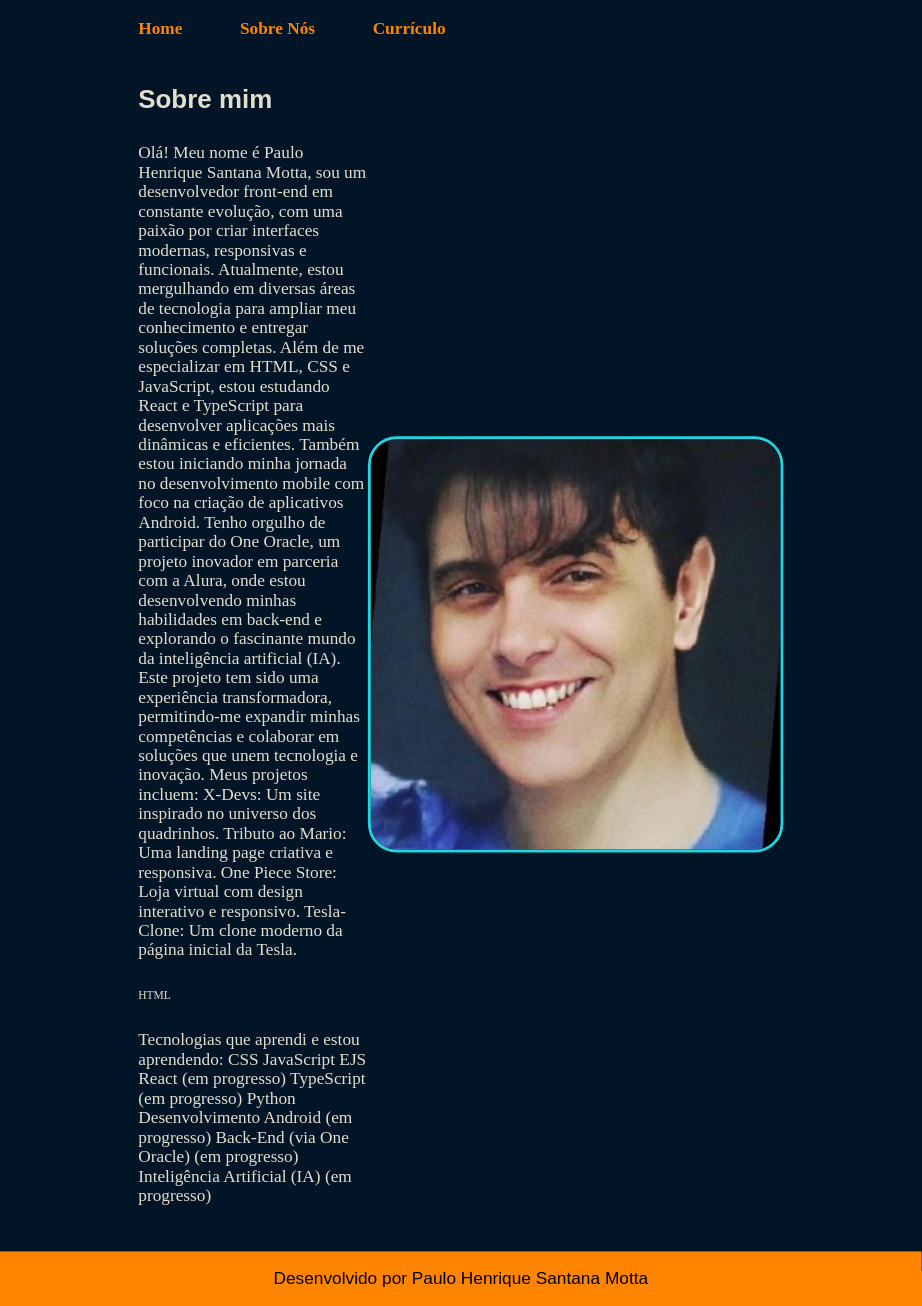
Repository: phsmottanerd/projeto-portfolio-alura
Page: about.html
The author's editor kept a copy of each file at every save. The page is drawn from the files as they stood at one save, then again after the next save.
The browser window is 1280 px wide. The pictures show the whole page, at 72% of full size.
Some web fonts or font styles are not loaded; a fallback is used.

Above is the page before, as saved 2025-01-30 01:19:28.

### about.html
<!DOCTYPE html>
<html lang="pt-BR">
<head>
    <meta charset="UTF-8">
    <meta name="viewport" content="width=device-width, initial-scale=1.0">
   <link rel="stylesheet" href="./estilos/style.css">
    <title>Sobre mim</title>
</head>
<body>
<header class="cabecalho">
    <nav class="cabecalho__menu">
        <a class="cabecalho__menu__link" href="index.html">Home</a>
        <a class="cabecalho__menu__link" href="about.html">Sobre Nós</a>
        <a class="cabecalho__menu__link">Currículo</a>
      </nav>
</header>
<main class="apresentacao">
<section class="apresentacao__conteudo">

    <h1 class="apresentacao__conteudo__titulo">Sobre mim</h1>
<p class="apresentacao__conteudo__texto">Olá! Meu nome é Paulo Henrique Santana Motta, sou um desenvolvedor front-end em constante evolução, com uma paixão por criar interfaces modernas, responsivas e funcionais.

    Atualmente, estou mergulhando em diversas áreas de tecnologia para ampliar meu conhecimento e entregar soluções completas. Além de me especializar em HTML, CSS e JavaScript, estou estudando React e TypeScript para desenvolver aplicações mais dinâmicas e eficientes. Também estou iniciando minha jornada no desenvolvimento mobile com foco na criação de aplicativos Android.

    Tenho orgulho de participar do One Oracle, um projeto inovador em parceria com a Alura, onde estou desenvolvendo minhas habilidades em back-end e explorando o fascinante mundo da inteligência artificial (IA). Este projeto tem sido uma experiência transformadora, permitindo-me expandir minhas competências e colaborar em soluções que unem tecnologia e inovação.

    Meus projetos incluem:

    X-Devs: Um site inspirado no universo dos quadrinhos.
    Tributo ao Mario: Uma landing page criativa e responsiva.
    One Piece Store: Loja virtual com design interativo e responsivo.
    Tesla-Clone: Um clone moderno da página inicial da Tesla.</p>
    HTML
    <p class="apresentacao__conteudo__texto">Tecnologias que aprendi e estou aprendendo:
    CSS
    JavaScript
    EJS
    React (em progresso)
    TypeScript (em progresso)
    Python
    Desenvolvimento Android (em progresso)
    Back-End (via One Oracle) (em progresso)
    Inteligência Artificial (IA) (em progresso)</p>
</section>

<img class="apresentacao__imagem" src="./img/1722867171561.jpg" alt="Paulo Henrique Santana Motta  programando" />
</main>
<footer class="rodape">
    <p>Desenvolvido por Paulo Henrique Santana Motta</p>


</footer>

</body>
</html>

### estilos/style.css
@import url("https://fonts.googleapis.com/css2?family=Krona+One&family=Montserrat:wght@400;600&display=swap");

:root {
  --cor-primaria: #021526;
  --cor-secundaria: #E2DFD0;
  --cor-terciaria:#FF8400;
  --cor-hover: #FF8400;

  --font-primaria: "Krona One", sans-serif;
   --font-secundaria:"Montserrat", sans-serif;


}

* {
  margin: 0;
  padding: 0;
}

body {
  box-sizing: border-box;
  background-color: var(--cor-primaria);
  color: var(--cor-secundaria);
}
.cabecalho {
  padding: 2% 0% 0% 15%;
}
.cabecalho__menu {
  display: flex;
  gap: 80px;
}

.cabecalho__menu__link {
  font-family: var(----font-secundaria);
  font-size: 1.5rem;
  font-weight: 600;
  color: var(--cor-terciaria);
  text-decoration: none;
}

.titulo-destaque {
  color: var(--cor-terciaria);
}

.apresentacao {
  padding: 5% 15%;
  display: flex;
  align-items: center;
  justify-content: space-between;
}
.apresentacao__conteudo {
  width: 50%;
  display: flex;
  flex-direction: column;
  gap: 40px;
}

.apresentacao__conteudo__titulo {
  font-size: 2.25rem;
  font-family: var(--font-primaria);
}

.apresentacao__conteudo__texto {
  font-size: 1.5rem;
  font-family: var(----font-secundaria);
}

.apresentacao__links {
  display: flex;
  flex-direction: column;
  justify-content: space-between;
  align-items: center;
  gap: 32px;
}
.apresentacao__links__subtitulo {
  font-family: "Krona One", sans-serif;
  font-weight: 400;
  font-size: 1.5rem;
}
.apresentacao__links__link {
  /* background-color: #22D4FD; */
  justify-content: center;
  gap: 16px;
  display: flex;
  border: 2px solid var(--cor-terciaria);
  width: 378px;
  text-align: center;
  border-radius: 8px;
  font-size: 1.5rem;
  font-weight: 600;
  padding: 21.5px 0;
  text-decoration: none;
  color: #f6f6f6;
  font-family: "Montserrat", sans-serif;
}
.apresentacao__links__link:hover {
  background-color: var(--cor-hover);
}
.apresentacao__imagem{

  width: 50%;
}
.rodape {
  padding: 24px;
  color: #000;
  background-color: var(--cor-terciaria);
  text-align: center;
  font-family: "Montsearrat", sans-serif;
  font-size: 1.5rem;
  font-weight: 400;
}
.apresentacao__imagem  {
  border-radius: 40px;
  border: 4px solid #22d4Df;
  width: 800px;
  heighit: 600px;
  gap:2px;
}

After the next save:
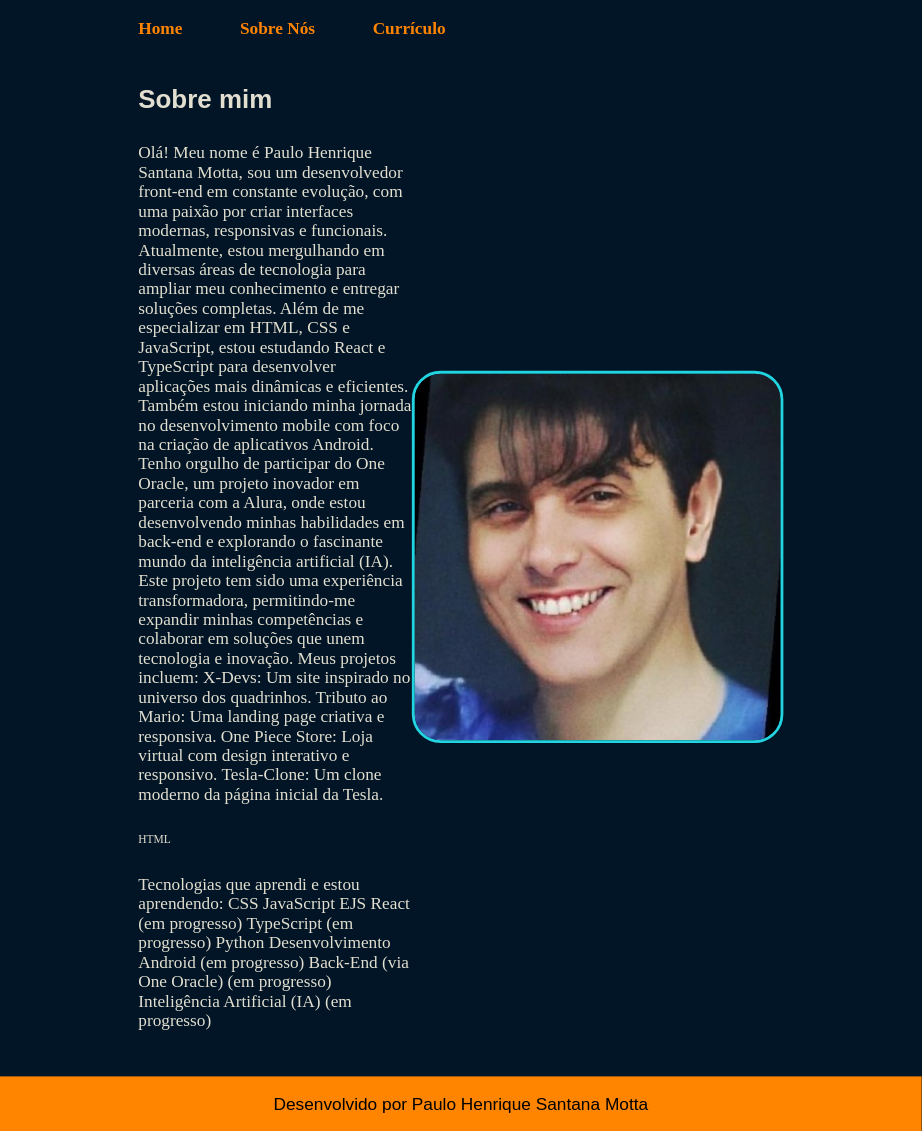
Saved 11 s later.
--- a/estilos/style.css
+++ b/estilos/style.css
@@ -112,7 +112,7 @@ body {
 .apresentacao__imagem  {
   border-radius: 40px;
   border: 4px solid #22d4Df;
-  width: 800px;
+  width: 600px;
   heighit: 600px;
   gap:2px;
 }
